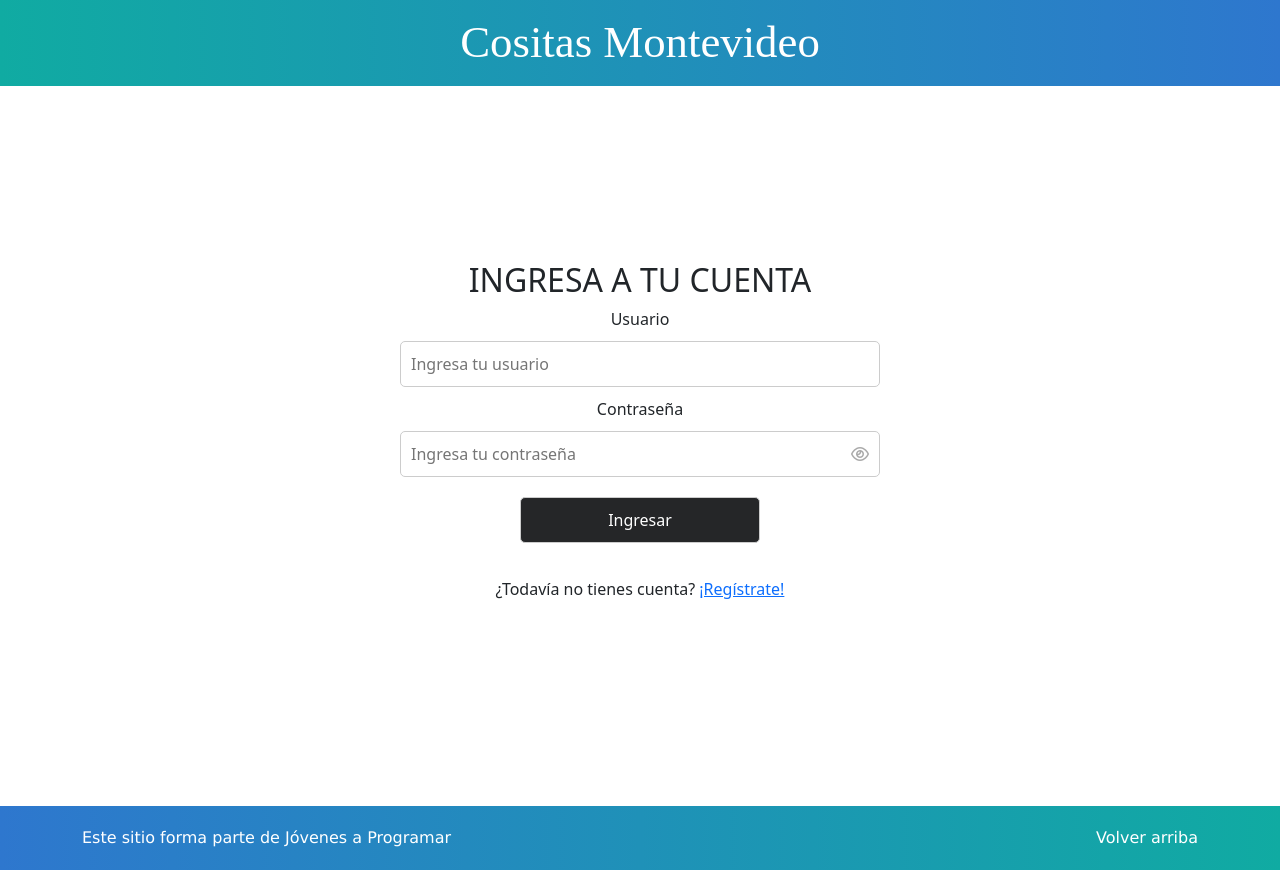
Repository: naticab/proyecto-dw
Page: login.html
The author's editor kept a copy of each file at every save. The page is drawn from the files as they stood at one save, then again after the next save.
The browser window is 1280 px wide. The pictures show the whole page.
Some web fonts or font styles are not loaded; a fallback is used.

Above is the page before, as saved 2024-10-23 14:39:19.

### login.html
<!DOCTYPE html>
<html lang="es">

<head>
  <meta charset="UTF-8">
  <meta name="viewport" content="width=device-width, initial-scale=1, shrink-to-fit=no">
  <title>eMercado - Todo lo que busques está aquí</title>

  <link href="https://fonts.googleapis.com/css?family=Raleway:300,300i,400,400i,700,700i,900,900i" rel="stylesheet">
  <link href="css/bootstrap.min.css" rel="stylesheet">
  <link href="https://cdn.jsdelivr.net/npm/bootstrap@5.3.0/dist/css/bootstrap.min.css" rel="stylesheet">
  <link href="https://cdn.jsdelivr.net/npm/@fortawesome/fontawesome-free/css/all.min.css" rel="stylesheet">
  <link href="css/styles.css" rel="stylesheet" type="text/css">
  <link rel="stylesheet" href="css/login.css" type="text/css">
  <link href="css/header-and-footer.css" rel="stylesheet">
  <link href="https://fonts.googleapis.com/css2?family=Love+Ya+Like+A+Sister&display=swap" rel="stylesheet">
</head>

<body>

  <header>
    <div class="header-container">
      <h1>Cositas Montevideo</h1>
    </div>
  </header>


  <main>
    <div class="login-container">
      <h2 id="login-heading">INGRESA A TU CUENTA</h2>
      <form method="post" id="myForm">
        <label for="username">Usuario</label>
        <input type="text" id="username" name="username" placeholder="Ingresa tu usuario">

        <label for="password">Contraseña</label>
        <div class="password-container">
          <input type="password" id="password" name="password" placeholder="Ingresa tu contraseña">
          <i class="far fa-eye" id="togglePassword"></i>
        </div>

        <button type="submit" id="button">Ingresar</button>
        <br><br>
      </form>
      <div>¿Todavía no tienes cuenta? <a href="registration.html">¡Regístrate!</a></div>
    </div>


  </main>

  <footer class="text-center py-2">
    <div class="container">
      <div class="footer-content">
        <p class="footer-text">Este sitio forma parte de <a class="footer-link" href="https://jovenesaprogramar.edu.uy/"
            target="_blank">Jóvenes a Programar</a></p>
        <p class="footer-link-end">
          <a class="footer-link" href="#">Volver arriba</a>
        </p>
      </div>
    </div>
  </footer>

  <script src="js/login.js"></script>
</body>

</html>

### css/styles.css
.jumbotron,
.card-body,
.container,
.site-header {
  font-family: 'Verdana', serif !important;
}

.row {
  color: black;
}

#login-heading {
  font-size: 2rem;
}

.jumbotron .display-4 {
  font-weight: bold;
}

h2 {
  font-size: 2rem;
}

nav a {
  text-decoration: none;
}

.bd-placeholder-img {
  font-size: 1.125rem;
  text-anchor: middle;
  -webkit-user-select: none;
  -moz-user-select: none;
  -ms-user-select: none;
  user-select: none;
}

@media (min-width: 768px) {
  .bd-placeholder-img-lg {
    font-size: 3.5rem;
  }
}

.jumbotron {
  height: 50vh;
  padding: 5em inherit;
  margin-bottom: 0;
  background-color: #53C0FB;
  background: url('../img/cover_back.png');
  background-size: cover;
  background-position: center;
  background-repeat: no-repeat;
  color: black;
  font-weight: bold;
}

@media (min-width: 768px) {
  .jumbotron {
    padding-top: 6rem;
    padding-bottom: 6rem;
  }
}

.jumbotron p:last-child {
  margin-bottom: 0;
}

.jumbotron-heading {
  font-weight: 300;
}

.jumbotron .container {
  max-width: 40rem;
  background-color: rgba(255, 255, 255, 0.5);
  border-radius: 10px;
  text-shadow: 1px 1px 2px grey;
}

.jumbotron .lead {
  font-size: 38px;
}

.dropzone {
  border: 2px dashed #0087F7;
  border-radius: 5px;
  background: white;
}

.img-fit {
  max-height: 100%;
}

.alert {
  position: fixed;
  top: 80px;
  width: 50%;
  left: 50%;
  transform: translate(-50%, 0);
}

.lds-ring {
  display: inline-block;
  position: relative;
  width: 64px;
  height: 64px;
  top: 50%;
  left: 50%;
}

.cursor-active {
  cursor: pointer;
}

.left {
  float: left;
  padding: 4px;
  background-color: rgba(255, 255, 255, 0.5);
}

.lds-ring div {
  box-sizing: border-box;
  display: block;
  position: absolute;
  width: 51px;
  height: 51px;
  margin: 6px;
  border: 6px solid #fff;
  border-radius: 50%;
  animation: lds-ring 1.2s cubic-bezier(0.5, 0, 0.5, 1) infinite;
  border-color: #fff transparent transparent transparent;
}

.lds-ring div:nth-child(1) {
  animation-delay: -0.45s;
}

.lds-ring div:nth-child(2) {
  animation-delay: -0.3s;
}

.lds-ring div:nth-child(3) {
  animation-delay: -0.15s;
}

@keyframes lds-ring {
  0% {
    transform: rotate(0deg);
  }

  100% {
    transform: rotate(360deg);
  }
}

.signin {
  width: 100%;
  max-width: 330px;
  padding: 15px;
  margin: auto;
}

#spinner-wrapper {
  position: fixed;
  background-color: rgba(0, 0, 0, 0.5);
  width: 100%;
  height: 100%;
  top: 0;
  left: 0;
  z-index: 1021;
  display: none;
}

/* main {
  min-height: calc(100vh - 210px);
} */

a.custom-card,
a.custom-card:hover {
  color: inherit;
  text-decoration: inherit;
}

.checked {
  color: orange;
}

### css/login.css
/* body {
    display: flex;
    flex-direction: column;
    margin: 0;
    padding: 0;
} */

main {
    display: flex;
    justify-content: center;
    align-items: center;
}


.login-container {
    width: 30em;
    text-align: center;
}

input, button {
    width: 100%;
    padding: 10px;
    margin: 10px 0;
    border-radius: 5px;
    border: 1px solid #ccc;
}

button {
    width: 50%;
    background-color: #252628;
    color: white;
    cursor: pointer;
}

button:hover {
    background-color: #3f3f3f;
}


.password-container {
    position: relative;
}

.password-container i {
    position: absolute;
    right: 10px;
    top: 50%;
    transform: translateY(-50%);
    cursor: pointer;
    color: #aaa;
}


header {
    background: #121219;
    color: #fff;
    width: 100%;
    display: flex;
    justify-content: center;
    align-items: center;
    padding: 1rem 0;
    box-sizing: border-box; /* Asegúrate de que el padding no afecte el ancho total */
    margin: 0;
}

.header-container {
    width: 100%;
    text-align: center;
}

h1 {
    font-family: "Love Ya Like A Sister", cursive;
    margin: 0;
}


@media (max-width: 768px) {
    .login-container {
        width: 25em;
    }
}

@media (max-width: 576px) {

    body {
        background-color: #AAA8A4;
    }

    .login-container {
        width: 20em;
        padding: 15px;
    }

    button {
        width: 50%;
    }

    input {
        margin: 5px 0;
    }

    footer {
        visibility: hidden;
    }
}

### css/header-and-footer.css
header {
    background: linear-gradient(to right, #10ABA2, #2E77CE);
    color: #fff;
    position: relative;
}

h1 {
    font-family: "Love Ya Like A Sister", cursive;
    font-size: 2.8rem;
}

a#inicio {
    color: #f1f1f1;
    text-decoration: none;
}

a#inicio:hover {
    color: white;
    transition: color 0.3s, text-shadow 0.3s;
}

.subtitulos-header {
    font-size: 1.2rem;
}

a.nav-link {
    color: #f1f1f1;
}

a.nav-link:hover {
    color: #9b9a9b;
    transition: color 0.3s, text-shadow 0.3s;
    transform: scale(1.05);
}

/* Espaciado entre los elementos del menú */
.navbar-nav .nav-item {
    margin-right: 40px;
}

.navbar-nav .nav-item:last-child {
    margin-right: 0;
    /* Quitar margen derecho al último elemento */
}

#user-name.nav-link {
    color: #f1f1f1;
}

#user-name.nav-link:hover {
    color: #9b9a9b;
    transform: scale(1.05);
    transition: color 0.3s, text-shadow 0.3s;
}

.navbar-collapse {
    justify-content: flex-end;
}

.navbar-toggler:hover {
    cursor: pointer;
}


.user-avatar {
    border-radius: 50%;
    width: 50px;
    height: 50px;
}

.user-avatar:hover {
    transform: scale(1.10);
    transition: 0.3s;
}

.navbar-nav .dropdown-menu {
    background: linear-gradient(to right, #10ABA2, #2E77CE);
    border: none;
}

.navbar-nav .dropdown-menu:hover {
    cursor: pointer;
    color: #9b9a9b;
    transition: color 0.3s, text-shadow 0.3s;
}

.dropdown-toggle::after {
    display: none;
}

.navbar-nav .nav-link {
    display: flex;
    align-items: center;
    height: 100%;
    padding: 0.5rem 0;
}



/* Modo Claroscuro */

/* Modo Claro */
body.light-mode {
    background-color: #edf2f374;
}

body.light-mode .product-card:hover {
    box-shadow: 0 4px 8px #16161633;
    background-color: #bef3ff91;
    cursor: pointer;
}

body.light-mode .related-products:hover {
    box-shadow: #00000033;
    background-color: #bef3ff91;
    cursor: pointer;
}



/* Modo Oscuro */
body.dark-mode {
    background-color: #262729;
    color: rgb(208, 208, 208);
}

body.dark-mode .product-card:hover {
    box-shadow: 0 4px 8px #16161633;
    background-color: #bef3ff;
    cursor: pointer;
}

body.dark-mode .related-products:hover {
    box-shadow: #00000033;
    background-color: #bef3ff;
    cursor: pointer;
}

body.dark-mode .color-letters {
    color: white;
}


/* Palanca para activar el claroscuro */

#mode-toggle {
    border: none;
    outline: none;
    box-shadow: none;
}

#mode-toggle i {
    transition: color 0.3s;
    font-size: 1.2rem;
    cursor: pointer;
    color: #ffffff;
}

#mode-toggle:hover {
    background: none;
    transform: scale(1.05);
}

#mode-toggle:hover .fa-sun {
    color: #ffd700;
}

#mode-toggle:hover .fa-moon {
    color: #000000;
}



/* Cart */

#cart-button {
    border: none;
    outline: none;
    box-shadow: none;
    background-color: transparent;
}

#cart-button i {
    transition: color 0.3s;
    font-size: 1.2rem;
    color: #ffffff;
}

#cart-button i:hover {
    color: #9B9A9B;
    transform: scale(1.05);
}




@media (max-width: 995px) {

    .hamburger {
        display: flex;
        flex-direction: row;
        align-items: center;
        justify-content: space-between;
    }

    .navbar-toggler {
        position: relative;
        right: 0;
    }

    .navbar-collapse {
        display: none;
        position: absolute;
        top: 148%;
        left: -45px;
        width: 270%;
        z-index: 999;
        flex-direction: column-reverse;
        align-items: center;
        justify-content: center;
    }

    .navbar-collapse.show {
        display: flex;
    }

    .navbar-nav {
        background: linear-gradient(to right, #10ABA2, #2E77CE);
        color: #fff;
        padding: 1.5rem;
        border-radius: 0 0 100px 100px;
        font-weight: bold;
        text-align: center;
        display: flex;
        justify-content: center;
        /* Centra horizontalmente todos los li */
        align-items: center;
        /* Centra verticalmente los li */
        width: 100%;
    }

    .navbar-toggler-icon {
        background-image: url('data:[embedded picture, 238 characters]');
        filter: brightness(0) invert(1);
        /* Cambia el icono a blanco */
    }

    .navbar-toggler:focus {
        outline: none;
        box-shadow: none;
    }


    .navbar-nav:hover {
        cursor: pointer;
    }

    a.nav-link:hover {
        color: #9b9a9b;
        transition: color 0.3s, text-shadow 0.3s;
        transform: scale(1.05);
    }

    .navbar-nav .nav-item {
        margin: 10px 0;
    }
}


footer {
    background: linear-gradient(to right, #2E77CE, #10ABA2);
    color: #fff;
    min-height: 4rem;
    display: flex;
    justify-content: center;
    align-items: center;
    padding: 0 1rem;
}

.container {
    width: 100%;
}

.footer-content {
    display: flex;
    justify-content: space-between;
    width: 100%;
    align-items: center;
}

.footer-text {
    margin: 0;
    text-align: center;
}

.footer-link-end {
    margin: 0;
    text-align: right;
}

.footer-link {
    color: #fff;
    text-decoration: none;
}

.footer-link:hover {
    color: #9b9a9b;
    transition: color 0.3s, text-shadow 0.3s;
    transform: scale(1.05);
}


/* Menú desplegable del usuario */

@media (max-width: 995px) {
    .navbar-nav .dropdown-menu {
        width: auto;
        min-width: 150px;
        max-width: 200px;
        left: 0;
        right: auto;
        top: 100%;
        position: relative;
        z-index: 1000;
    }

    .dropdown-menu>li {
        padding: 0.05rem;

    }

    .dropdown-item {
        width: 100%;
        white-space: normal;
    }
}

main {
    min-height: 100vh;
    /* El contenido ocupará al menos el 100% de la altura de la ventana */
    padding-bottom: 30px;
    /* Da espacio suficiente para que el contenido no se superponga con el footer */
    box-sizing: border-box;
}

### js/login.js
document.getElementById('togglePassword').addEventListener('click', function () {
    const passwordField = document.getElementById('password');
    const type = passwordField.getAttribute('type') === 'password' ? 'text' : 'password';
    passwordField.setAttribute('type', type);

    this.classList.toggle('fa-eye-slash');
});

Loaded but not shown: css/bootstrap.min.css (library)

After the next save:
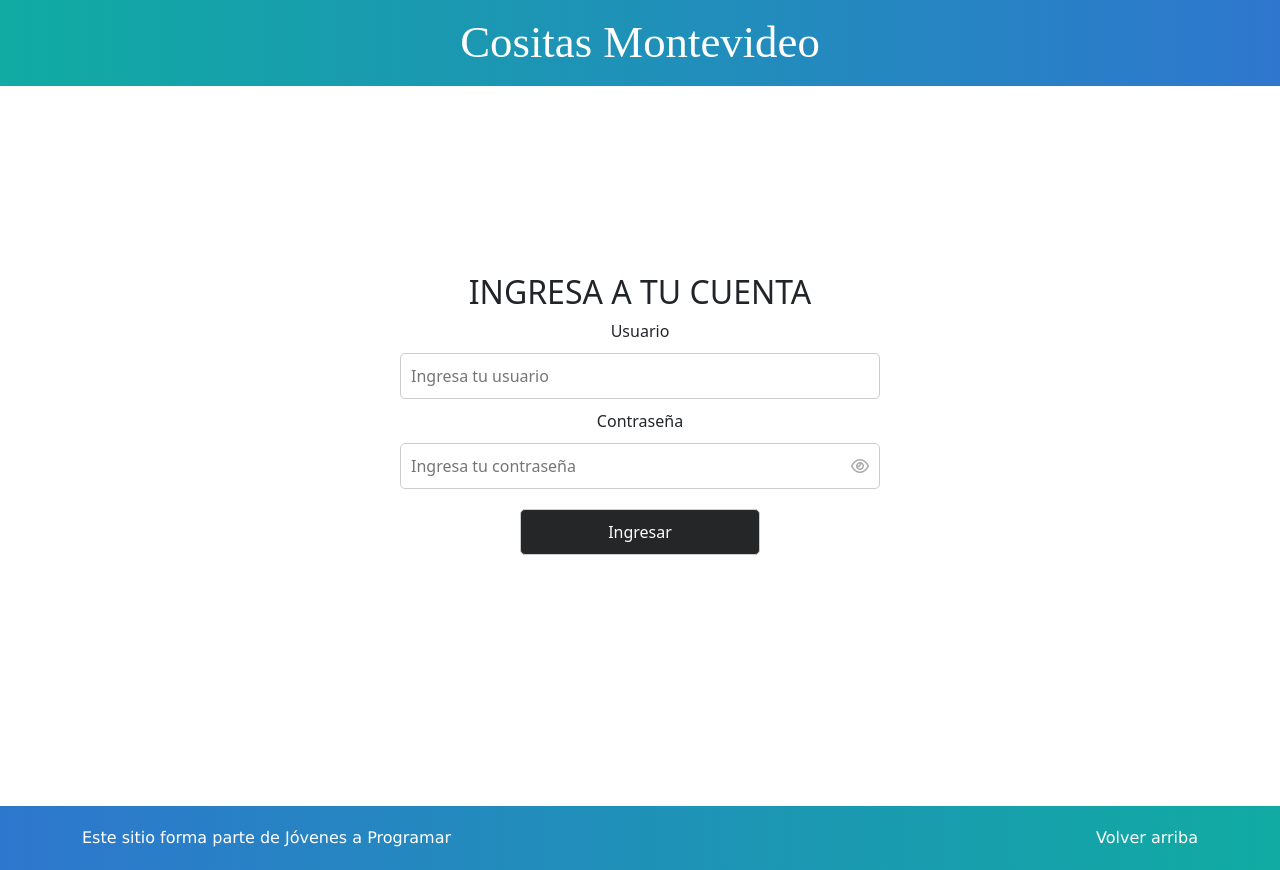
Saved 39 s later.
--- a/login.html
+++ b/login.html
@@ -41,7 +41,6 @@
         <button type="submit" id="button">Ingresar</button>
         <br><br>
       </form>
-      <div>¿Todavía no tienes cuenta? <a href="registration.html">¡Regístrate!</a></div>
     </div>
 
 

After the save that followed:
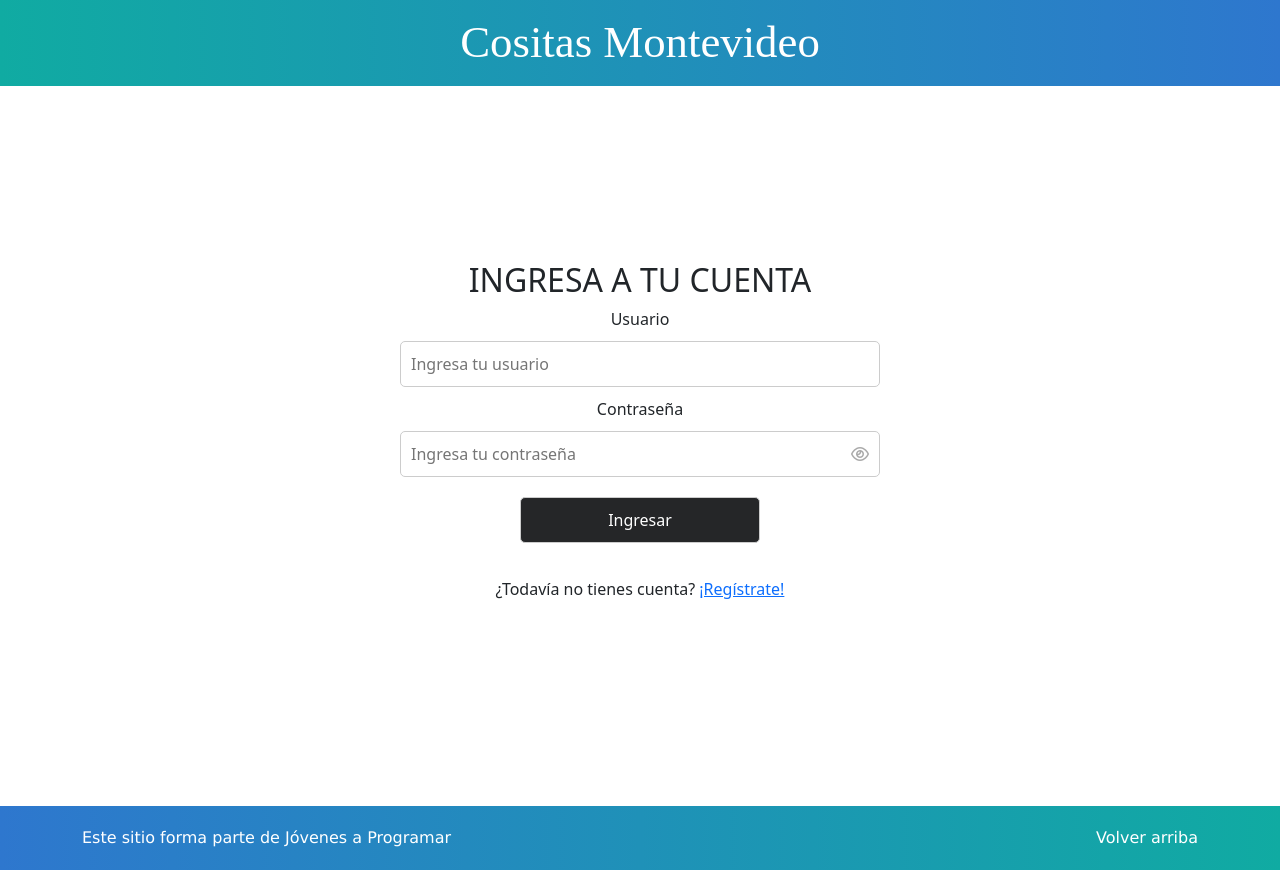
Saved 70 s later.
--- a/login.html
+++ b/login.html
@@ -41,6 +41,7 @@
         <button type="submit" id="button">Ingresar</button>
         <br><br>
       </form>
+      <div>¿Todavía no tienes cuenta? <a href="registration.html">¡Regístrate!</a></div>
     </div>
 
 
